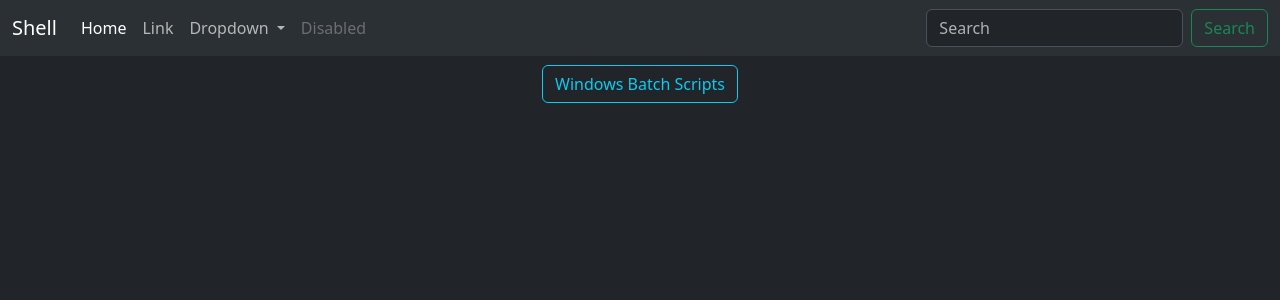
Repository: VictoriousMango/Archive
Page: index.html
These files come from the project's save history. The page is drawn as it stood at one moment and after the next save; the edit follows.
The browser window is 1280 px wide. The pictures show the whole page.

Above is the page before, as saved 2024-06-05 23:59:15.

### index.html
<!doctype html>
<html lang="en">
    <head>
        <meta charset="utf-8">
        <meta name="viewport" content="width=device-width, initial-scale=1">
        <title>Bootstrap demo</title>
        <link href="https://cdn.jsdelivr.net/npm/bootstrap@5.3.3/dist/css/bootstrap.min.css" rel="stylesheet" integrity="sha384-QWTKZyjpPEjISv5WaRU9OFeRpok6YctnYmDr5pNlyT2bRjXh0JMhjY6hW+ALEwIH" crossorigin="anonymous">    </head>
    <body data-bs-theme="dark">
        <!-- NavBar -->
        <nav class="navbar navbar-expand-lg bg-body-tertiary ">
            <div class="container-fluid">
                <a href="#" class="navbar-brand" role="button" onclick="Toggling()">Shell</a>
              <button class="navbar-toggler" type="button" data-bs-toggle="collapse" data-bs-target="#navbarSupportedContent" aria-controls="navbarSupportedContent" aria-expanded="false" aria-label="Toggle navigation">
                <span class="navbar-toggler-icon"></span>
              </button>
                <div class="collapse navbar-collapse" id="navbarSupportedContent">
                    <ul class="navbar-nav me-auto mb-2 mb-lg-0">
                    <li class="nav-item">
                        <a class="nav-link active" aria-current="page" href="#">Home</a>
                    </li>
                    <li class="nav-item">
                        <a class="nav-link" href="#">Link</a>
                    </li>
                    <li class="nav-item dropdown">
                        <a class="nav-link dropdown-toggle" href="#" role="button" data-bs-toggle="dropdown" aria-expanded="false">
                        Dropdown
                        </a>
                        <ul class="dropdown-menu">
                        <li><a class="dropdown-item" href="#">Action</a></li>
                        <li><a class="dropdown-item" href="#">Another action</a></li>
                        <li><hr class="dropdown-divider"></li>
                        <li><a class="dropdown-item" href="#">Something else here</a></li>
                        </ul>
                    </li>
                    <li class="nav-item">
                        <a class="nav-link disabled" aria-disabled="true">Disabled</a>
                    </li>
                    </ul>
                    <form class="d-flex" role="search">
                        <input class="form-control me-2" type="search" placeholder="Search" aria-label="Search">
                        <button class="btn btn-outline-success" type="submit">Search</button>
                    </form>
                </div>
            </div>
        </nav>
        <!-- NavBar -->

        <h1 align="center"><button type="button" class="btn btn-outline-info">Windows Batch Scripts</button></h1>

        <!-- Including JS -->
        <script src="https://cdn.jsdelivr.net/npm/bootstrap@5.3.3/dist/js/bootstrap.bundle.min.js" integrity="sha384-YvpcrYf0tY3lHB60NNkmXc5s9fDVZLESaAA55NDzOxhy9GkcIdslK1eN7N6jIeHz" crossorigin="anonymous"></script>
        <!-- JS for the web page -->
        <script>
            function Toggling() {
                console.log("Clicked the toggle button")
                console.log()
                var element = document.body;
                element.dataset.bsTheme = element.dataset.bsTheme=="light"?"dark":"light"
            }
        </script>
    </body>
</html>

After the next save:
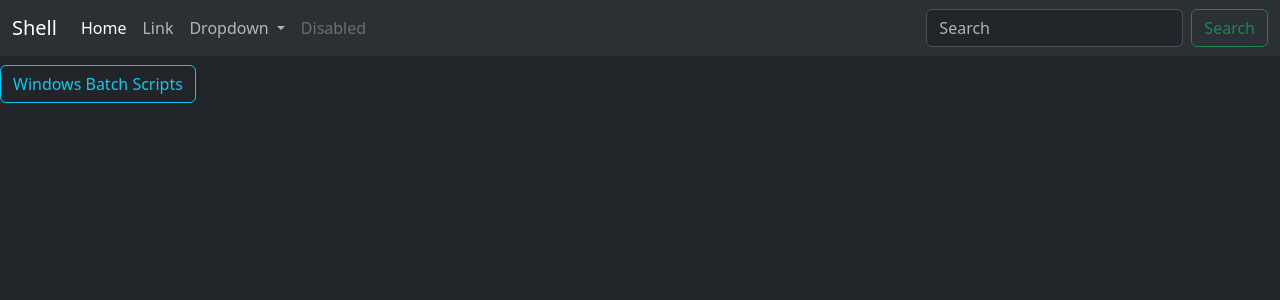
Saved 2 min 32 s later.
--- a/index.html
+++ b/index.html
@@ -45,7 +45,7 @@
         </nav>
         <!-- NavBar -->
 
-        <h1 align="center"><button type="button" class="btn btn-outline-info">Windows Batch Scripts</button></h1>
+        <h1 style="align:center; "><button type="button" class="btn btn-outline-info">Windows Batch Scripts</button></h1>
 
         <!-- Including JS -->
         <script src="https://cdn.jsdelivr.net/npm/bootstrap@5.3.3/dist/js/bootstrap.bundle.min.js" integrity="sha384-YvpcrYf0tY3lHB60NNkmXc5s9fDVZLESaAA55NDzOxhy9GkcIdslK1eN7N6jIeHz" crossorigin="anonymous"></script>

After the 2 saves that followed:
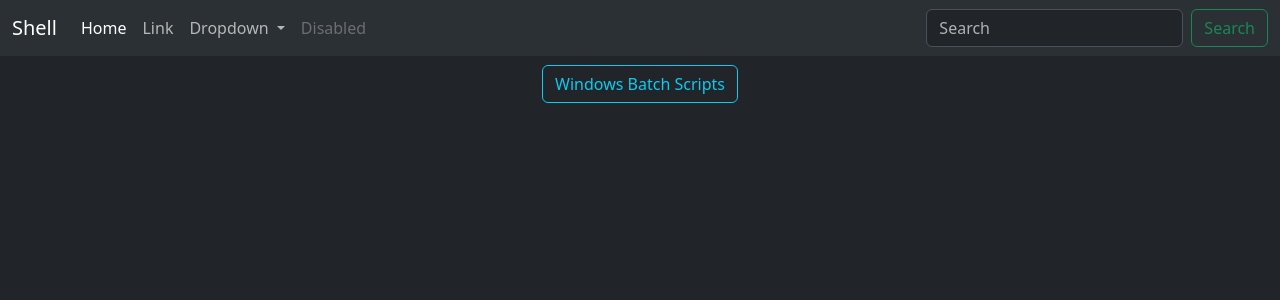
The 2 saves are shown as one change because 1 left the picture as it was.
The last was saved 76 s later.
--- a/index.html
+++ b/index.html
@@ -45,7 +45,7 @@
         </nav>
         <!-- NavBar -->
 
-        <h1 style="align:center; "><button type="button" class="btn btn-outline-info">Windows Batch Scripts</button></h1>
+        <h1 style="text-align : center; "><button type="button" class="btn btn-outline-info">Windows Batch Scripts</button></h1>
 
         <!-- Including JS -->
         <script src="https://cdn.jsdelivr.net/npm/bootstrap@5.3.3/dist/js/bootstrap.bundle.min.js" integrity="sha384-YvpcrYf0tY3lHB60NNkmXc5s9fDVZLESaAA55NDzOxhy9GkcIdslK1eN7N6jIeHz" crossorigin="anonymous"></script>
